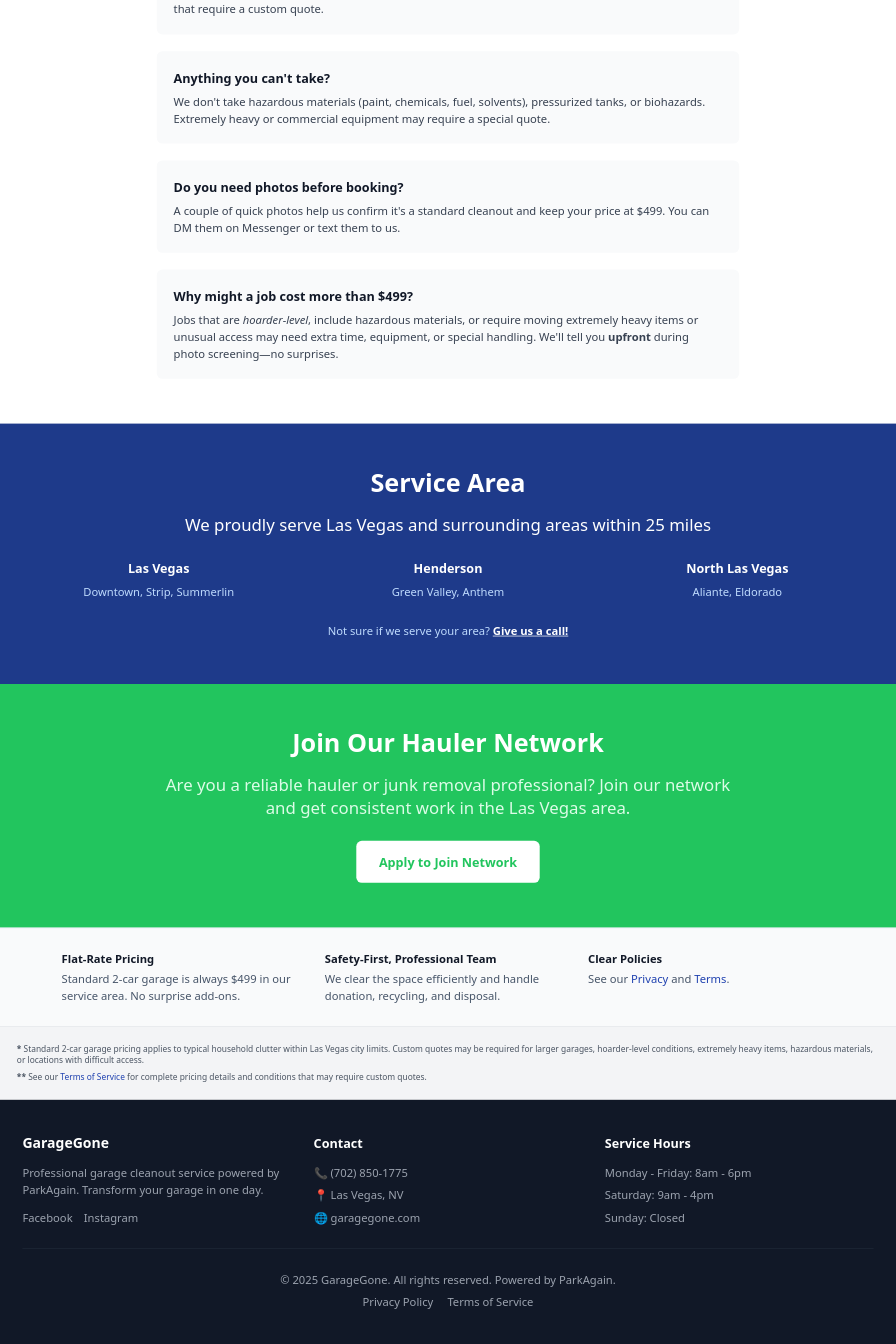
Repository: nikwhite1169/garagegone
Page: index.html
The author's editor kept a copy of each file at every save. The page is drawn from the files as they stood at one save, then again after the next save.
The browser window is 1280 px wide. The pictures show the part of the page from y = 3433 to 5353 px (the page is 5353 px tall before and 5345 px after), at 70% of full size.
Some web libraries are served in a nearby version.

Above is the page before, as saved 2025-09-16 01:09:16.

After the next save:
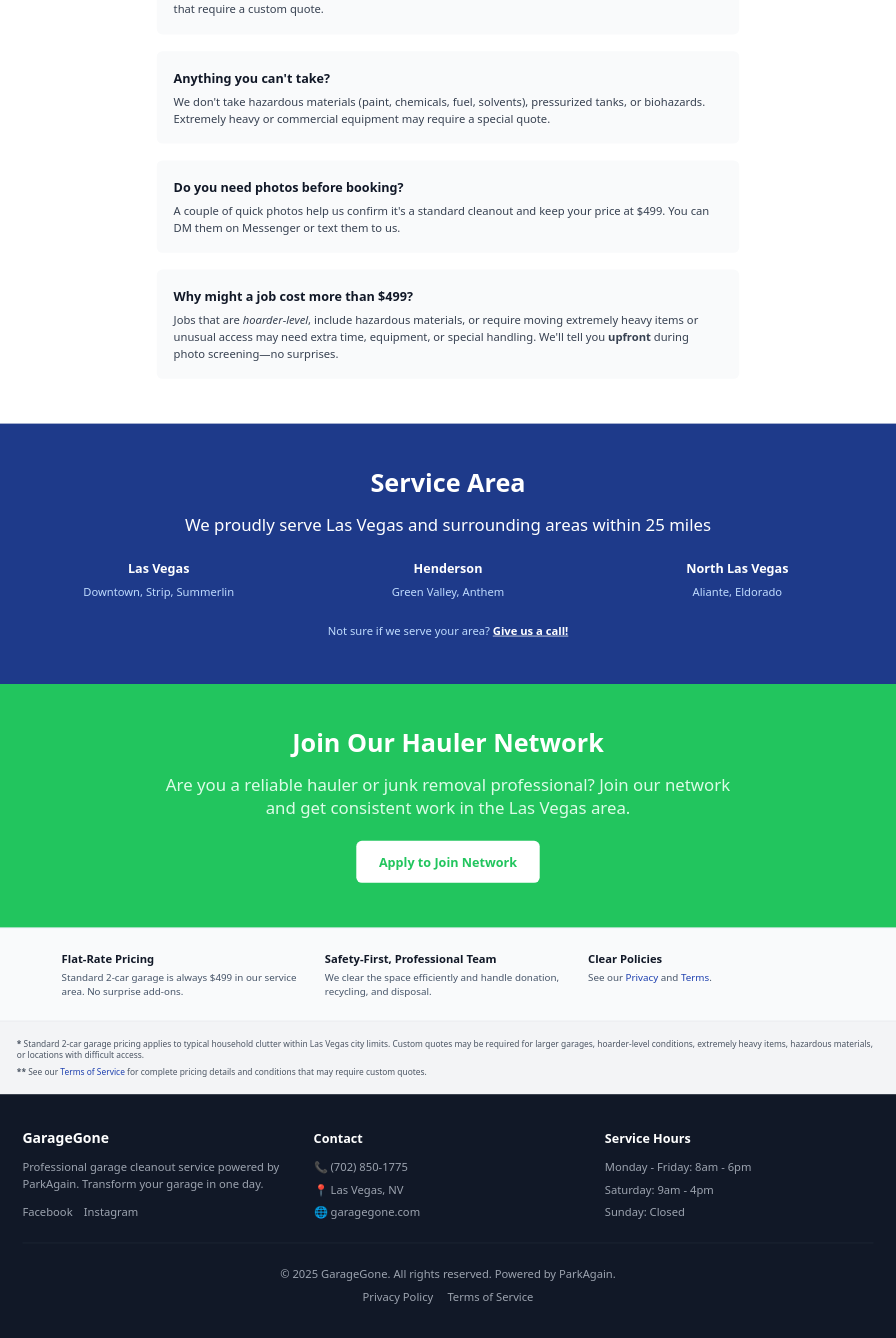
Saved 4 min 26 s later.
--- a/index.html
+++ b/index.html
@@ -387,15 +387,15 @@
       <div class="max-w-6xl mx-auto px-4 md:px-6 py-8 grid gap-6 md:grid-cols-3">
         <div>
           <div class="font-semibold">Flat-Rate Pricing</div>
-          <p class="text-slate-600 mt-1">Standard 2-car garage is always $499 in our service area. No surprise add-ons.</p>
+          <p class="text-slate-600 text-sm mt-1">Standard 2-car garage is always $499 in our service area. No surprise add-ons.</p>
         </div>
         <div>
           <div class="font-semibold">Safety-First, Professional Team</div>
-          <p class="text-slate-600 mt-1">We clear the space efficiently and handle donation, recycling, and disposal.</p>
+          <p class="text-slate-600 text-sm mt-1">We clear the space efficiently and handle donation, recycling, and disposal.</p>
         </div>
         <div>
           <div class="font-semibold">Clear Policies</div>
-          <p class="text-slate-600 mt-1">See our <a class="text-blue-800 hover:underline" href="/privacy-policy.html">Privacy</a> and <a class="text-blue-800 hover:underline" href="/terms-of-service.html">Terms</a>.</p>
+          <p class="text-slate-600 text-sm mt-1">See our <a class="text-blue-800 hover:underline" href="/privacy-policy.html">Privacy</a> and <a class="text-blue-800 hover:underline" href="/terms-of-service.html">Terms</a>.</p>
         </div>
       </div>
     </section>
